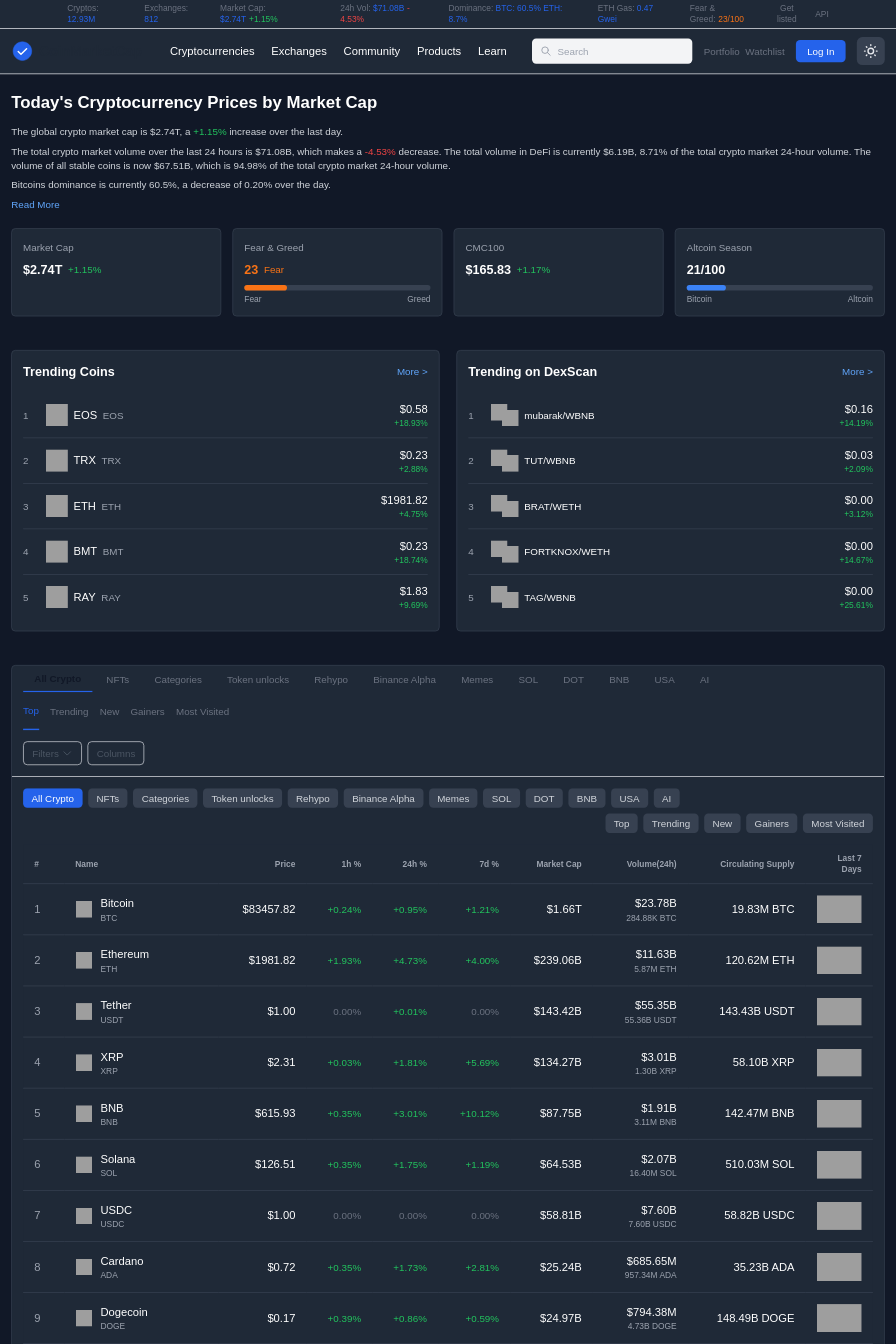
Repository: halilhaninan/testcmc
Page: /
An editor plug-in stored every save of this project. The page is shown before and after the next save, followed by the edit.
The browser window is 1280 px wide. The pictures show the part of the page from y = 0 to 1920 px (the page is 2963 px tall), at 70% of full size.
Pictures or frames that could not be fetched are drawn as grey boxes. The project was rebuilt for these pictures with package versions that can differ from the ones it lists, and the page was loaded fresh each time. Also part of the build but not shown: vite.config.ts.

Above is the page before, as saved 2025-04-07 20:39:43.

After the next save:
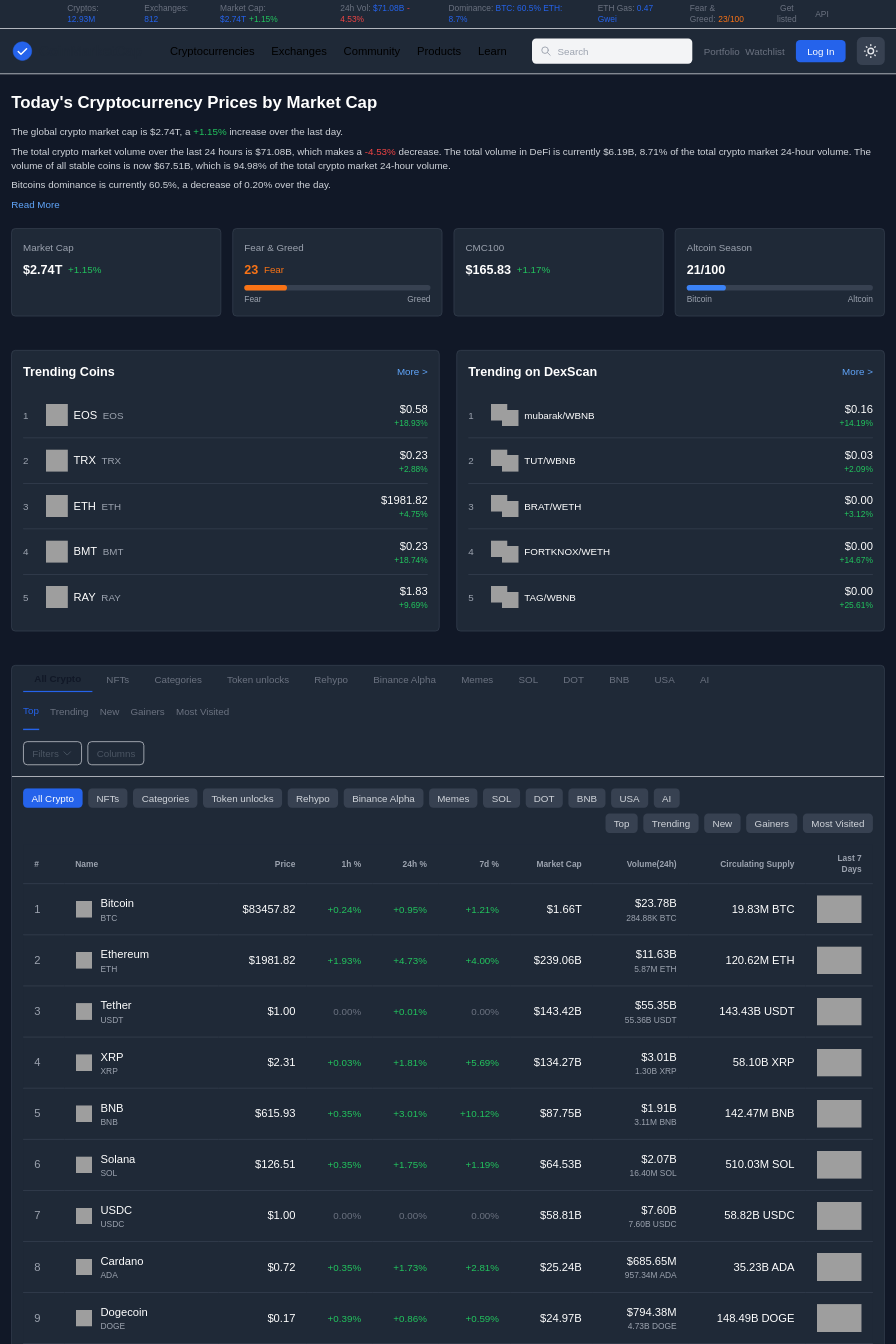
Saved 10 s later.
--- a/src/components/layout/Header.tsx
+++ b/src/components/layout/Header.tsx
@@ -90,23 +90,23 @@
             {/* Main Navigation Items */}
             <nav className="hidden space-x-6 lg:flex">
               <div className="group relative cursor-pointer">
-                <span className="font-medium text-gray-900 dark:text-white">Cryptocurrencies</span>
-                <div className="absolute bottom-0 left-0 h-0.5 w-0 bg-blue-600 transition-all duration-200 group-hover:w-full"></div>
-              </div>
-              <div className="group relative cursor-pointer">
-                <span className="text-gray-900 dark:text-white">Exchanges</span>
-                <div className="absolute bottom-0 left-0 h-0.5 w-0 bg-blue-600 transition-all duration-200 group-hover:w-full"></div>
-              </div>
-              <div className="group relative cursor-pointer">
-                <span className="text-gray-900 dark:text-white">Community</span>
-                <div className="absolute bottom-0 left-0 h-0.5 w-0 bg-blue-600 transition-all duration-200 group-hover:w-full"></div>
-              </div>
-              <div className="group relative cursor-pointer">
-                <span className="text-gray-900 dark:text-white">Products</span>
-                <div className="absolute bottom-0 left-0 h-0.5 w-0 bg-blue-600 transition-all duration-200 group-hover:w-full"></div>
-              </div>
-              <div className="group relative cursor-pointer">
-                <span className="text-gray-900 dark:text-white">Learn</span>
+                <span className="font-medium">Cryptocurrencies</span>
+                <div className="absolute bottom-0 left-0 h-0.5 w-0 bg-blue-600 transition-all duration-200 group-hover:w-full"></div>
+              </div>
+              <div className="group relative cursor-pointer">
+                <span>Exchanges</span>
+                <div className="absolute bottom-0 left-0 h-0.5 w-0 bg-blue-600 transition-all duration-200 group-hover:w-full"></div>
+              </div>
+              <div className="group relative cursor-pointer">
+                <span>Community</span>
+                <div className="absolute bottom-0 left-0 h-0.5 w-0 bg-blue-600 transition-all duration-200 group-hover:w-full"></div>
+              </div>
+              <div className="group relative cursor-pointer">
+                <span>Products</span>
+                <div className="absolute bottom-0 left-0 h-0.5 w-0 bg-blue-600 transition-all duration-200 group-hover:w-full"></div>
+              </div>
+              <div className="group relative cursor-pointer">
+                <span>Learn</span>
                 <div className="absolute bottom-0 left-0 h-0.5 w-0 bg-blue-600 transition-all duration-200 group-hover:w-full"></div>
               </div>
             </nav>
